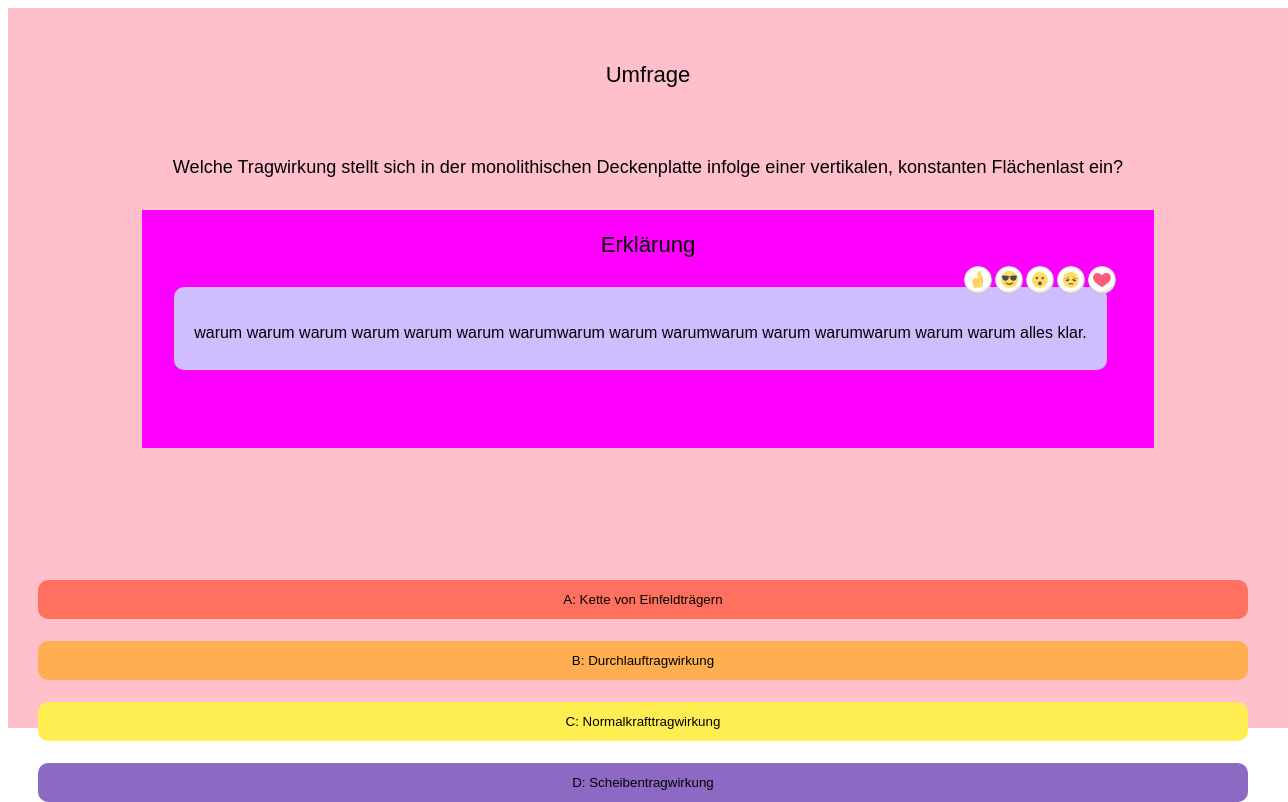
Repository: HyunraDate/Quinlan
Page: /Erklaerung
The author's editor kept a copy of each file at every save. The page is drawn from the files as they stood at one save, then again after the next save.
The browser window is 1280 px wide. The page is 1288 px wide, so the pictures cover 1288 px, including what lies to the right of the window. The pictures show the whole page.
The project was rebuilt for these pictures with package versions that can differ from the ones it lists, and the page was loaded fresh each time. Also part of the build but not shown: vite.config.js, src/views/Ergebnis1.vue, src/views/Ergebnis2.vue.

Above is the page before, as saved 2023-07-25 14:58:03.

After the next save:
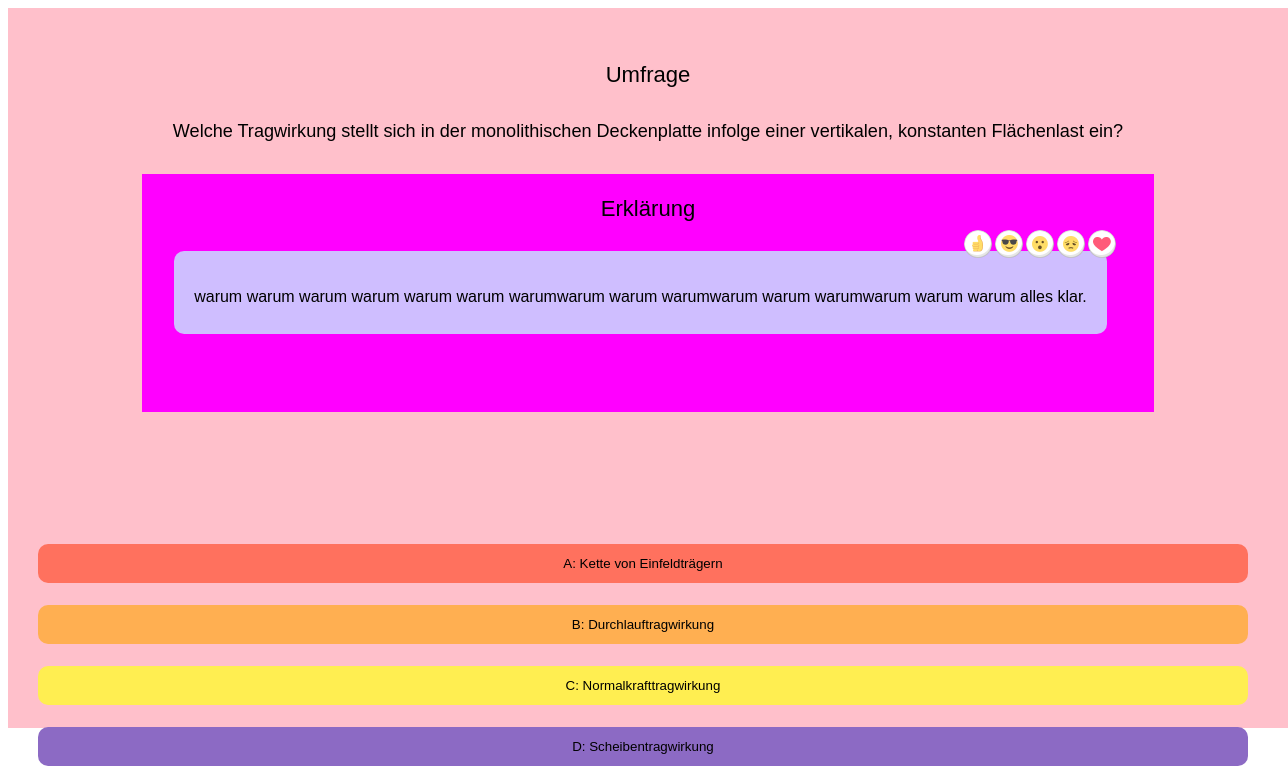
Saved 32 s later.
--- a/src/views/FragePage.vue
+++ b/src/views/FragePage.vue
@@ -144,7 +144,6 @@ export default {
       font-family: 'Work Sans', sans-serif;
       text-align: center;
       }"-->
-    <br/><br/>
     <!-- <br/><br/> -->
     <span class="text">
     Welche Tragwirkung stellt sich in der monolithischen Deckenplatte infolge einer vertikalen, konstanten
